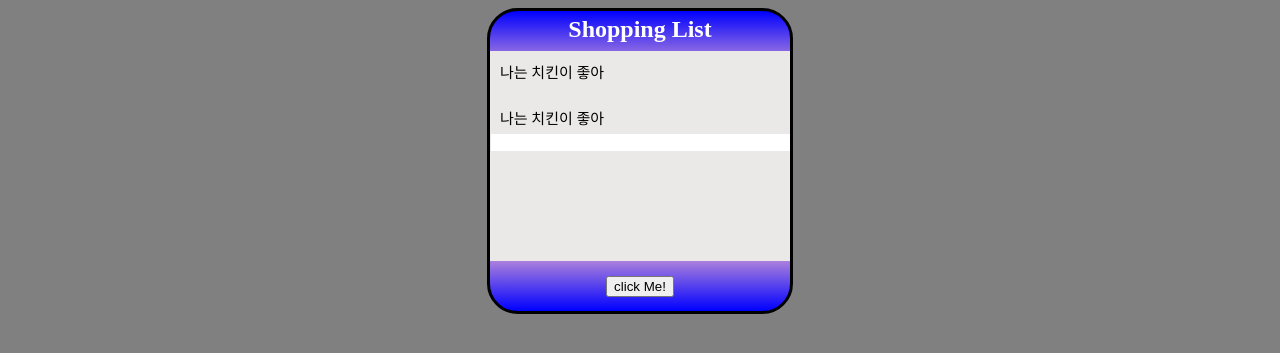
Repository: DevMinwoo-Jung/JavaScript101
Page: WebApIs/shoppingApp/index.html
These files come from the project's save history. The page is drawn as it stood at one moment and after the next save; the edit follows.
The browser window is 1280 px wide. The pictures show the whole page.

Above is the page before, as saved 2021-06-14 11:33:50.

After the next save:
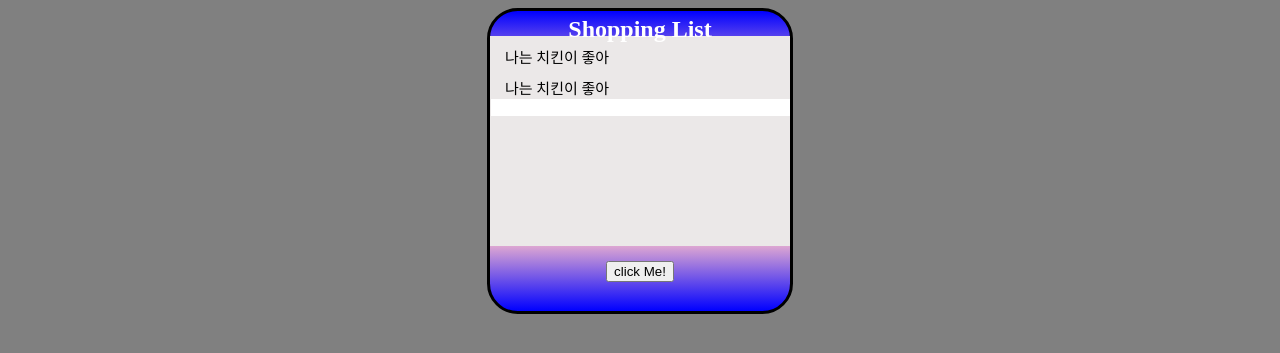
Saved 13 s later.
--- a/WebApIs/shoppingApp/style.css
+++ b/WebApIs/shoppingApp/style.css
@@ -38,7 +38,7 @@ body {
   padding-left: 10px;
   padding-top: 10px;
   font-size: 15px;
-  margin-bottom: 5px;
+  margin: 0 5px;
 }
 
 .item__list__input {
